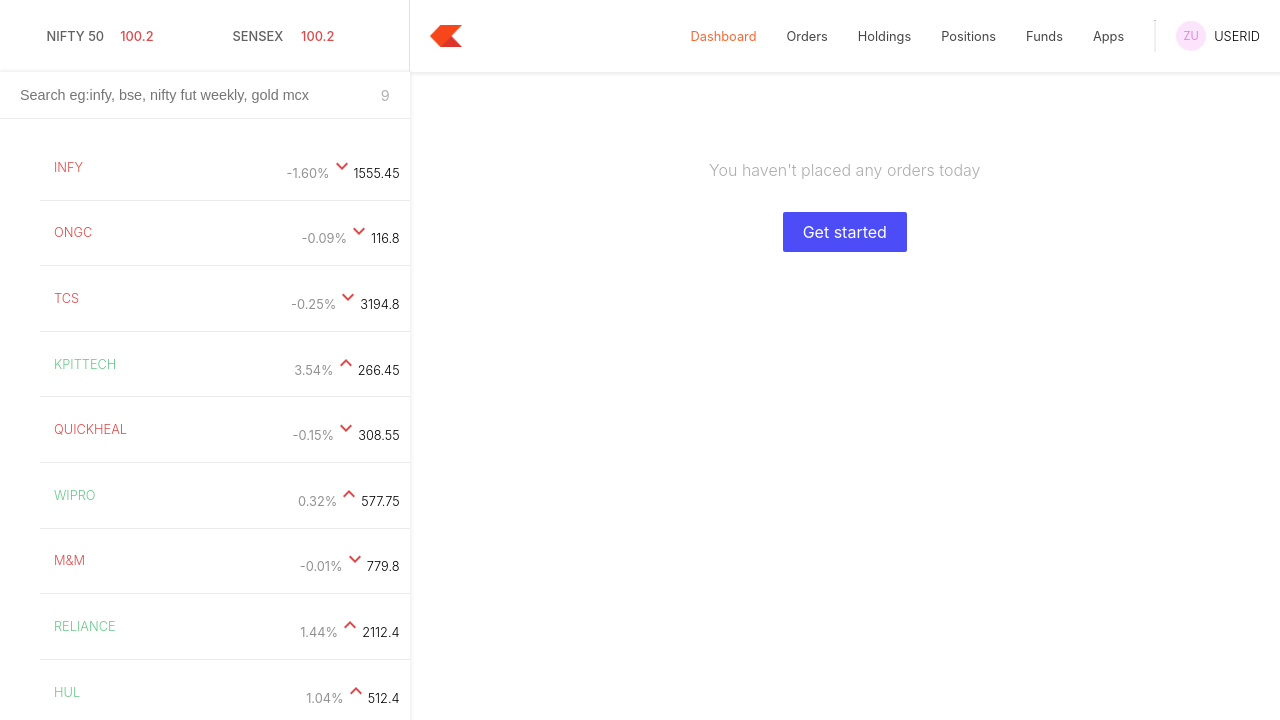
Repository: rushikesh-kolpe21/zerodha_4
Page: /orders (app in dashboard/)
These files come from the project's save history. The page is drawn as it stood at one moment and after the next save; the edit follows.
The browser window is 1280 px wide. The pictures show the whole page.
An inner scrolling area shows only its first screen. The project was rebuilt for these pictures with package versions that can differ from the ones it lists, and the page was loaded fresh each time. Also part of the build but not shown: dashboard/vite.config.js, dashboard/src/components/Apps.jsx, dashboard/src/components/Funds.jsx, dashboard/src/components/Holdings.jsx, dashboard/src/components/Positions.jsx, dashboard/src/components/Summary.jsx.

Above is the page before, as saved 2025-03-25 12:01:55.

### dashboard/src/App.jsx

import React from "react";
// import ReactDOM from "react-dom/client";
import { BrowserRouter, Route, Routes } from "react-router-dom";
// import "./index.css";
import Home from "./components/Home";

function App() {
  return (
    <>
      <BrowserRouter>
        <Routes>
          <Route path="/*" element={<Home />} />
        </Routes>
      </BrowserRouter>
    </>
  );
}

export default App;

### dashboard/src/components/Home.jsx
import React from 'react'
import TopBar from './TopBar'
import Dashboard from './Dashboard'

function Home() {
  return (
  <>
  <TopBar/>
  <Dashboard/>
  </>
  )
}

export default Home

### dashboard/src/components/Dashboard.jsx
import React from "react";
import { Route, Routes } from "react-router-dom";

import Apps from "./Apps";
import Funds from "./Funds";
import Holdings from "./Holdings";

import Orders from "./Orders";
import Positions from "./Positions";
import Summary from "./Summary";
import WatchList from "./WatchList";
// import { GeneralContextProvider } from "./GeneralContext";

const Dashboard = () => {
  return (
    <div className="dashboard-container">
        <WatchList />

      <div className="content">
        <Routes>
          <Route exact path="/" element={<Summary />} />
          <Route path="/orders" element={<Orders />} />
          <Route path="/holdings" element={<Holdings />} />
          <Route path="/positions" element={<Positions />} />
          <Route path="/funds" element={<Funds />} />
          <Route path="/apps" element={<Apps />} />
        </Routes>
      </div>
    </div>
  );
};

export default Dashboard;

### dashboard/src/components/Menu.jsx
import React, { useState } from "react";
import { Link } from "react-router";

const Menu = () => {
  const [selectedMenu, setSelectedMenu] = useState(0);
  const [isProfileDropdownOpen, setIsProfileDropdownOpen] = useState(false);

  const handleMenuClick = (index) => {
    setSelectedMenu(index);
  };

  const handleProfileClick = () => {
    setIsProfileDropdownOpen(!isProfileDropdownOpen);
  };

  const menuClass = "menu";
  const activeMenuClass = "menu selected";

  return (
    <div className="menu-container">
      <img src="logo.png" style={{ width: "32px" }} />
      <div className="menus">
        <ul>
          <li>
            <Link
              style={{ textDecoration: "none" }}
              to="/"
              onClick={() => handleMenuClick(0)}
            >
              <p className={selectedMenu === 0 ? activeMenuClass : menuClass}>
                Dashboard
              </p>
            </Link>
          </li>
          <li>
            <Link
              style={{ textDecoration: "none" }}
              to="/orders"
              onClick={() => handleMenuClick(1)}
            >
              <p className={selectedMenu === 1 ? activeMenuClass : menuClass}>
                Orders
              </p>
            </Link>
          </li>
          <li>
            <Link
              style={{ textDecoration: "none" }}
              to="/holdings"
              onClick={() => handleMenuClick(2)}
            >
              <p className={selectedMenu === 2 ? activeMenuClass : menuClass}>
                Holdings
              </p>
            </Link>
          </li>
          <li>
            <Link
              style={{ textDecoration: "none" }}
              to="/positions"
              onClick={() => handleMenuClick(3)}
            >
              <p className={selectedMenu === 3 ? activeMenuClass : menuClass}>
                Positions
              </p>
            </Link>
          </li>
          <li>
            <Link
              style={{ textDecoration: "none" }}
              to="/funds"
              onClick={() => handleMenuClick(4)}
            >
              <p className={selectedMenu === 4 ? activeMenuClass : menuClass}>
                Funds
              </p>
            </Link>
          </li>
          <li>
            <Link
              style={{ textDecoration: "none" }}
              to="/apps"
              onClick={() => handleMenuClick(5)}
            >
              <p className={selectedMenu === 5 ? activeMenuClass : menuClass}>
                Apps
              </p>
            </Link>
          </li>
        </ul>
        <hr />
        <div className="profile" onClick={handleProfileClick}>
          <div className="avatar">ZU</div>
          <p className="username">USERID</p>
        </div>
      </div>
    </div>
  );
};

export default Menu;

### dashboard/src/components/WatchList.jsx
import React, { useState } from "react";

import {Tooltip, Grow} from "@mui/material";
import {watchlist} from '../data/data';

import {KeyboardArrowDown, KeyboardArrowUp} from '@mui/icons-material';

const WatchList = () => {
  return (
    <div className="watchlist-container">
      <div className="search-container">
        <input
          type="text"
          name="search"
          id="search"
          placeholder="Search eg:infy, bse, nifty fut weekly, gold mcx"
          className="search"
        />
        <span className="counts">{watchlist.length}</span>
      </div>

      <ul className="list">
        {watchlist.map((stock, index) =>{
          return(
            <WatchListItem stock={stock} key={index}/>

          )
           })}
      </ul>
    </div>
  );
};

export default WatchList;

// watchlistitem

const WatchListItem = ({stock}) =>{
    const [showWatchlistActions, setShowWatchlistActions] = useState(false)

    const handleMouseEnter=(event)=>{
        setShowWatchlistActions(true)
    }

    const handleMouseExit=(event)=>{
      setShowWatchlistActions(false)
  }

  return(
    <li onMouseEnter={handleMouseEnter} onMouseLeave={handleMouseExit}>
      <div className="item">
        <p className={stock.isDown ? "down" : "up"}>{stock.name}</p>
        <div className="itemInfo">
          <span className="percent">{stock.percent}</span>
           {stock.isDown ? (
            <KeyboardArrowDown className="down"/>
           ) : (<KeyboardArrowUp className="down"/>
           )}
           <span className="price">{stock.price}</span>
        </div>
      </div>
    </li>
  );
  };

### dashboard/src/data/data.js
export const watchlist = [
    {
      name: "INFY",
      price: 1555.45,
      percent: "-1.60%",
      isDown: true,
    },
    {
      name: "ONGC",
      price: 116.8,
      percent: "-0.09%",
      isDown: true,
    },
    {
      name: "TCS",
      price: 3194.8,
      percent: "-0.25%",
      isDown: true,
    },
    {
      name: "KPITTECH",
      price: 266.45,
      percent: "3.54%",
      isDown: false,
    },
    {
      name: "QUICKHEAL",
      price: 308.55,
      percent: "-0.15%",
      isDown: true,
    },
    {
      name: "WIPRO",
      price: 577.75,
      percent: "0.32%",
      isDown: false,
    },
    {
      name: "M&M",
      price: 779.8,
      percent: "-0.01%",
      isDown: true,
    },
    {
      name: "RELIANCE",
      price: 2112.4,
      percent: "1.44%",
      isDown: false,
    },
    {
      name: "HUL",
      price: 512.4,
      percent: "1.04%",
      isDown: false,
    },
  ];

  // holdings
  export const holdings = [
    {
      name: "BHARTIARTL",
      qty: 2,
      avg: 538.05,
      price: 541.15,
      net: "+0.58%",
      day: "+2.99%",
    },
    {
      name: "HDFCBANK",
      qty: 2,
      avg: 1383.4,
      price: 1522.35,
      net: "+10.04%",
      day: "+0.11%",
    },
    {
      name: "HINDUNILVR",
      qty: 1,
      avg: 2335.85,
      price: 2417.4,
      net: "+3.49%",
      day: "+0.21%",
    },
    {
      name: "INFY",
      qty: 1,
      avg: 1350.5,
      price: 1555.45,
      net: "+15.18%",
      day: "-1.60%",
      isLoss: true,
    },
    {
      name: "ITC",
      qty: 5,
      avg: 202.0,
      price: 207.9,
      net: "+2.92%",
      day: "+0.80%",
    },
    {
      name: "KPITTECH",
      qty: 5,
      avg: 250.3,
      price: 266.45,
      net: "+6.45%",
      day: "+3.54%",
    },
    {
      name: "M&M",
      qty: 2,
      avg: 809.9,
      price: 779.8,
      net: "-3.72%",
      day: "-0.01%",
      isLoss: true,
    },
    {
      name: "RELIANCE",
      qty: 1,
      avg: 2193.7,
      price: 2112.4,
      net: "-3.71%",
      day: "+1.44%",
    },
    {
      name: "SBIN",
      qty: 4,
      avg: 324.35,
      price: 430.2,
      net: "+32.63%",
      day: "-0.34%",
      isLoss: true,
    },
    {
      name: "SGBMAY29",
      qty: 2,
      avg: 4727.0,
      price: 4719.0,
      net: "-0.17%",
      day: "+0.15%",
    },
    {
      name: "TATAPOWER",
      qty: 5,
      avg: 104.2,
      price: 124.15,
      net: "+19.15%",
      day: "-0.24%",
      isLoss: true,
    },
    {
      name: "TCS",
      qty: 1,
      avg: 3041.7,
      price: 3194.8,
      net: "+5.03%",
      day: "-0.25%",
      isLoss: true,
    },
    {
      name: "WIPRO",
      qty: 4,
      avg: 489.3,
      price: 577.75,
      net: "+18.08%",
      day: "+0.32%",
    },
  ];

  // positions
  export const positions = [
    {
      product: "CNC",
      name: "EVEREADY",
      qty: 2,
      avg: 316.27,
      price: 312.35,
      net: "+0.58%",
      day: "-1.24%",
      isLoss: true,
    },
    {
      product: "CNC",
      name: "JUBLFOOD",
      qty: 1,
      avg: 3124.75,
      price: 3082.65,
      net: "+10.04%",
      day: "-1.35%",
      isLoss: true,
    },
  ];

Loaded but not shown: dashboard/index.html (common file); dashboard/src/main.jsx (common file); dashboard/src/index.css (common file); dashboard/src/components/TopBar.jsx (common file); dashboard/src/components/Orders.jsx (common file)

After the next save:
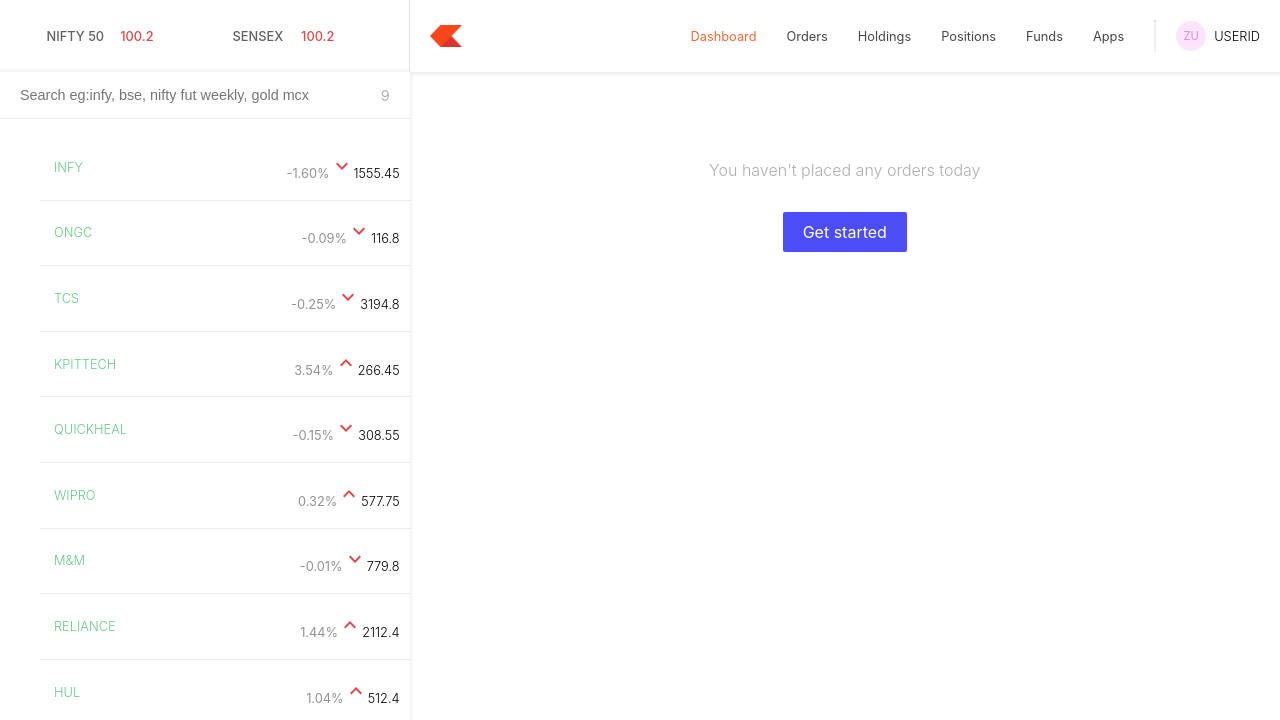
Saved 2 min 14 s later.
--- a/dashboard/src/components/WatchList.jsx
+++ b/dashboard/src/components/WatchList.jsx
@@ -49,7 +49,7 @@
   return(
     <li onMouseEnter={handleMouseEnter} onMouseLeave={handleMouseExit}>
       <div className="item">
-        <p className={stock.isDown ? "down" : "up"}>{stock.name}</p>
+        <p className={stock.isDown ? "up" : "up"}>{stock.name}</p>
         <div className="itemInfo">
           <span className="percent">{stock.percent}</span>
            {stock.isDown ? (

After the save that followed:
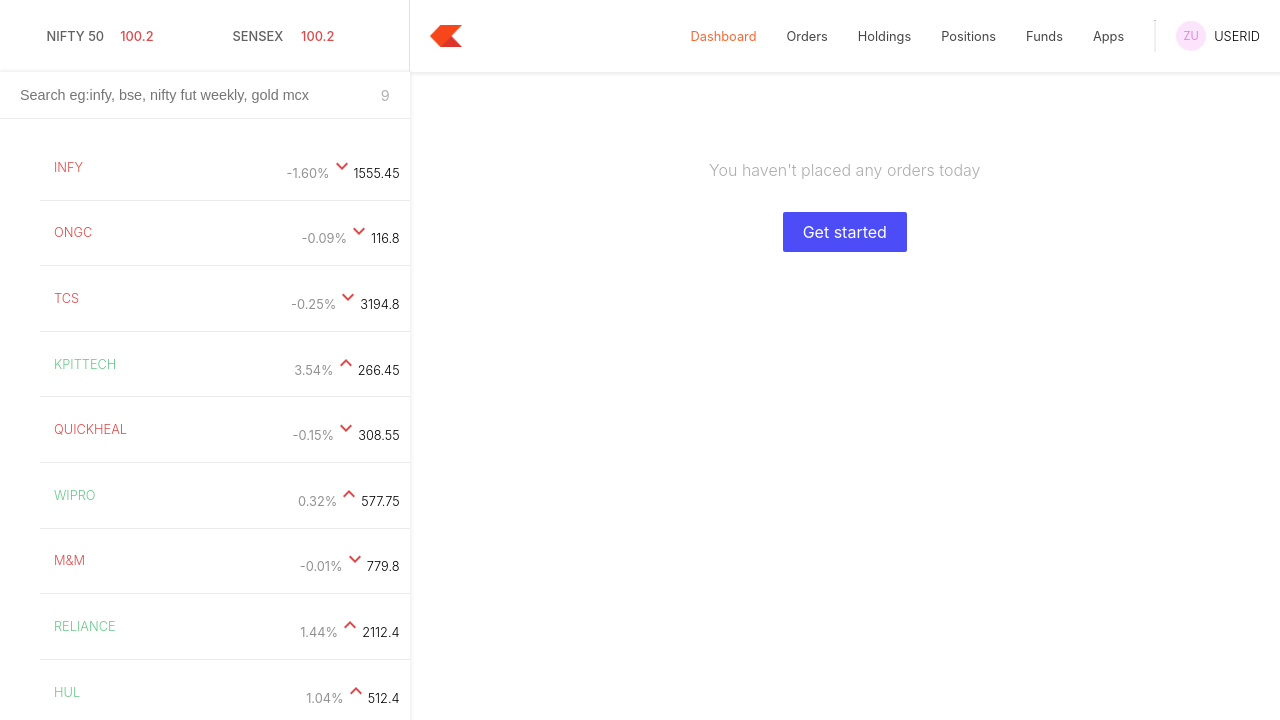
Saved 4 s later.
--- a/dashboard/src/components/WatchList.jsx
+++ b/dashboard/src/components/WatchList.jsx
@@ -49,7 +49,7 @@
   return(
     <li onMouseEnter={handleMouseEnter} onMouseLeave={handleMouseExit}>
       <div className="item">
-        <p className={stock.isDown ? "up" : "up"}>{stock.name}</p>
+        <p className={stock.isDown ? "down" : "up"}>{stock.name}</p>
         <div className="itemInfo">
           <span className="percent">{stock.percent}</span>
            {stock.isDown ? (
